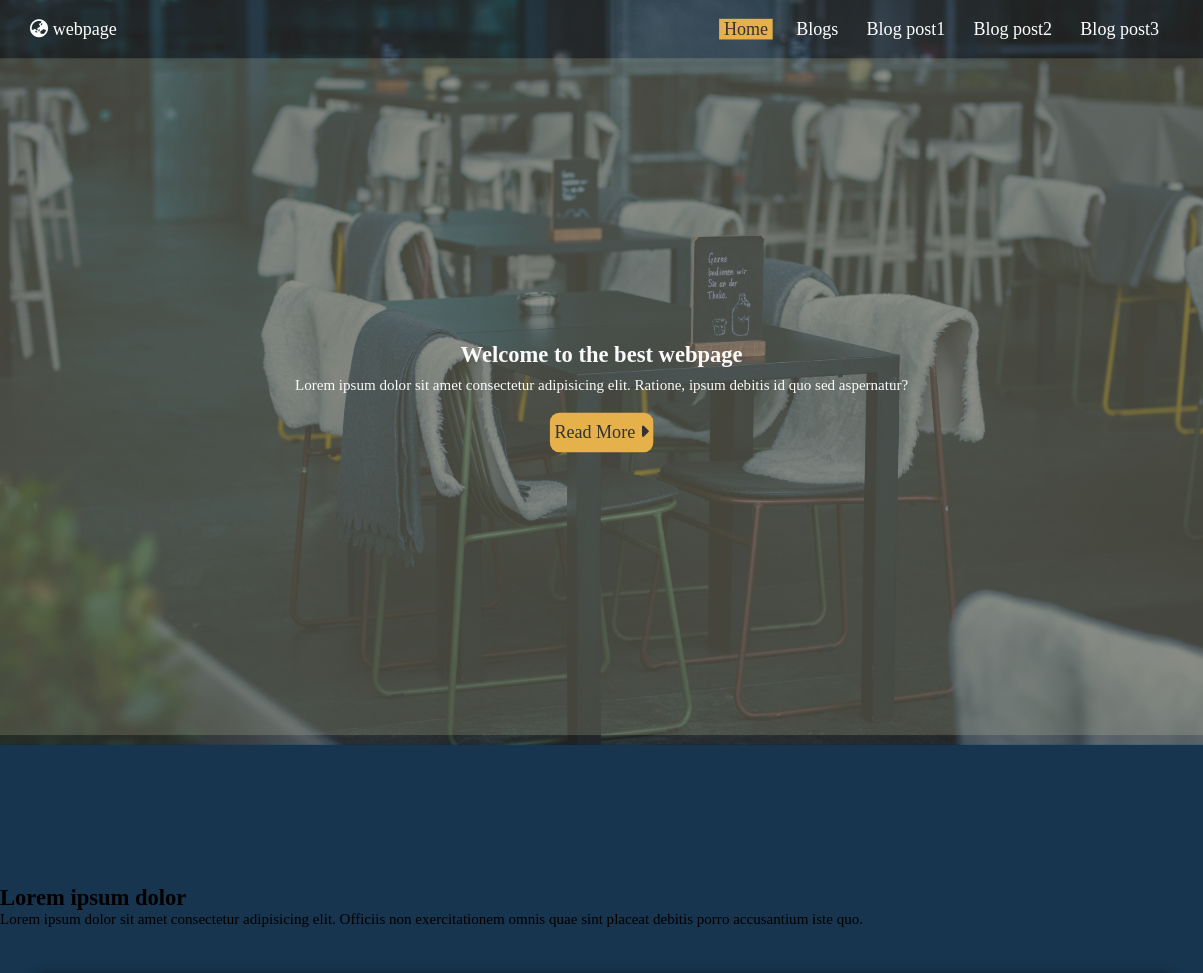
Repository: reemoon-ctrl/Landing-Page-Project
Page: index.html
These files come from the project's save history. The page is drawn as it stood at one moment and after a run of saves; the edit follows.
The browser window is 1280 px wide. The pictures show the part of the page from y = 0 to 1035 px (the page is 5586 px tall before and 5682 px after), at 94% of full size.
Pictures or frames that could not be fetched are drawn as grey boxes. Some web libraries are served in a nearby version.

Above is the page before, as saved 2025-04-09 14:04:47.

### index.html
<!DOCTYPE html>
<html lang="en">
<head>
    <meta charset="UTF-8">
    <meta name="viewport" content="width=device-width, initial-scale=1.0">
    <link rel="stylesheet" href="https://cdnjs.cloudflare.com/ajax/libs/font-awesome/6.6.0/css/all.min.css" integrity="sha512-Kc323vGBEqzTmouAECnVceyQqyqdsSiqLQISBL29aUW4U/M7pSPA/gEUZQqv1cwx4OnYxTxve5UMg5GT6L4JJg==" crossorigin="anonymous" referrerpolicy="no-referrer" />
    <link rel="stylesheet" href="./styles/style.css">


    <title>Webpage</title>
</head>
<body>
    <header >
        <div class="main-header">
            <div class="title"><i class="fa-solid fa-earth-asia"></i> webpage</div>
            <div>
                <ul class="nav-link">
                    <li><a href="#section1">Home</a></li>
                    <li><a href="#section2">Blogs</a></li>
                    <li><a href="#section3">Blog post1</a></li>
                    <li><a href="#section4">Blog post2</a></li>
                </ul>
            </div>
        </div>

    </header>
    <article id="section1" class="main-sub" title="Home">
        <h1>Welcome to the best webpage</h1>
        <p>Lorem ipsum dolor sit amet consectetur adipisicing elit. Ratione,
             ipsum debitis id quo sed aspernatur?</p>
        <a href="#section2" class="focusbtn">Read More <i class="fa-solid fa-caret-right"></i></a>
    </article>

<!-- blog cards website -->

<article id="section2" class="main-content" title="Blogs">
    <h1 class="sectionheader">Lorem ipsum dolor</h1>
    <p class="sectionp">Lorem ipsum dolor sit amet consectetur adipisicing elit. Officiis non exercitationem omnis quae sint placeat debitis porro accusantium iste quo.</p>
    <div class="blog-card-container">
        <div class="blog1 blog-card">
            <img src="./assets/campaign-creators-qCi_MzVODoU-unsplash.jpg" alt="img">
            <div class="text-content">
                <h3 class="feature-light">Entertainment</h3>
                <h2>Lorem ipsum dolor</h2>
                <div class="author">
                    <img src="./assets/1000_F_302884605_actpipOdPOQHDTnFtp4zg4RtlWzhOASp.jpg" alt="img" class="author-img">
                    <p class="author-name">Steve Lorem</p>
                </div>
                <p>Lorem ipsum dolor sit amet consectetur
                    adipisicing elit. Consequuntur beatae
                    laudantium natus vero sit
                    incidunt ipsam recusandae nesciunt ab cum!
                </p>
                <a href="#section3" class="read-blog-btn">read more <i class="fa-solid fa-chevron-right fa-xs"></i></a>
            </div>

        </div>
        <div class="blog2 blog-card">
            <img src="./assets/max-bender-VmX3vmBecFE-unsplash.jpg" alt="img">
            <div class="text-content">
                <h3 class="feature-dark">Entertainment</h3>
                <h2>Lorem ipsum dolor</h2>
                <div class="author">
                    <img src="./assets/daniel-sessler-MGH6UNJ1Xvs-unsplash.jpg" alt="img" class="author-img">
                    <p class="author-name">Steve Lorem</p>
                </div>
                <p>Lorem ipsum dolor sit amet consectetur
                    adipisicing elit. Consequuntur beatae
                    laudantium natus vero sit
                    incidunt ipsam recusandae nesciunt ab cum!</p>
                <a href="#section3" class="read-blog-btn">read more <i class="fa-solid fa-chevron-right fa-xs"></i></a>
                </div>

        </div>
        <div class="blog3 blog-card">
            <img src="./assets/nikolai-lehmann-05cDX4y2oJ8-unsplash.jpg" alt="img">
            <div class="text-content">
                <h3 class="feature-light">Entertainment</h3>
                <h2>Lorem ipsum dolor</h2>
                <div class="author">
                    <img src="./assets/campaign-creators-qCi_MzVODoU-unsplash.jpg" alt="img" class="author-img">
                    <p class="author-name">Steve Lorem</p>
                </div>
                <p>Lorem ipsum dolor sit amet consectetur
                    adipisicing elit. Consequuntur beatae
                    laudantium natus vero sit
                    incidunt ipsam recusandae nesciunt ab cum!</p>
                <a href="#section3" class="read-blog-btn">read more <i class="fa-solid fa-chevron-right fa-xs"></i></a>
            </div>

        </div>
        <div class="blog4 blog-card">
            <img src="./assets/campaign-creators-qCi_MzVODoU-unsplash.jpg" alt="img">
            <div class="text-content">
                <h3 class="feature-dark">Entertainment</h3>
                <h2>Lorem ipsum dolor</h2>
                <div class="author">
                    <img src="./assets/max-bender-VmX3vmBecFE-unsplash.jpg" alt="img" class="author-img">
                    <p class="author-name">Steve Lorem</p>
                </div>
                <p>Lorem ipsum dolor sit amet consectetur
                    adipisicing elit. Consequuntur beatae
                    laudantium natus vero sit
                    incidunt ipsam recusandae nesciunt ab cum!</p>
                <a href="#section3" class="read-blog-btn">read more <i class="fa-solid fa-chevron-right fa-xs"></i></a>
            </div>

        </div>

    </div>
</article>

<!-- blog post website -->

<article id="section3"title="Blog post1">
    <h1 class="sectionheader">Lorem ipsum dolor</h1>
    <p class="sectionp">Lorem ipsum dolor sit amet consectetur adipisicing elit. Officiis non exercitationem omnis quae sint placeat debitis porro accusantium iste quo.</p>
    <div class="container">
        <div class="main-post">
            <div class="post-header">
                <h1>Lorem ipsum dolor</h1>
                <div class="author">
                    <div class="author">
                        <img src="./assets/campaign-creators-qCi_MzVODoU-unsplash.jpg" alt="img" class="author-img">
                        <p class="author-name">Steve Lorem  </p>
                    </div>

                    <p>frontend dev</p>
                    <p>Alaska Co.</p>
                    <div>
                        <ul class="social-link nav-link">
                            <li><a href="/index.html"><i class="fa-brands fa-square-twitter"></i></a></li>
                            <li><a href="/pages/blog-website.html"><i class="fa-brands fa-square-facebook"></i></a></li>
                            <li><a href="#"><i class="fa-brands fa-linkedin"></i></a></li>
                        </ul>
                    </div>
                    <p>Lorem ipsum dolor, sit amet consectetur adipisicing elit. Nostrum nemo ut illum, ea libero quis.</p>
                </div>
            </div>
            <div class="post-content">
                <p>Lorem ipsum <b>dolor</b> sit amet consectetur, adipisicing elit. Provident in amet, vitae modi assumenda temporibus illo sunt expedita aperiam esse non ipsum, quibusdam officiis, optio culpa inventore sit numquam quae.</p>
                <h2>Lorem ipsum dolor sit:</h2>
                <p>Lorem ipsum dolor sit amet <em>dolor</em> adipisicing elit. Illum sint eum iure mollitia repudiandae <span class="span2">quibusdam!</span> Lorem ipsum dolor sit amet consectetur, adipisicing elit. Rem, qui at! A sit aliquam natus maiores qui ullam nobis fugit! Lorem ipsum, dolor sit amet consectetur adipisicing elit. Ex porro illum fuga consectetur sunt, reprehenderit, aliquam, temporibus nemo veritatis eius nesciunt sint aperiam cupiditate quam aliquid necessitatibus <span class="span2">blanditiis</span> deserunt. Quaerat.</p>
                <figure>
                    <img src="./assets/campaign-creators-qCi_MzVODoU-unsplash.jpg" alt="">
                    <figcaption>A stunning sunset captured in the Rocky Mountains.</figcaption>
                </figure>
                <h3>Lorem ipsum dolor sit</h3>
                <blockquote>
                    "The only limit to our realization of tomorrow is our doubts of today."
                    <footer>- Franklin D. Roosevelt</footer>
                </blockquote>
                <p>
                    Learn more about this quote
                    <a href="https://example.com" target="_blank" rel="noopener noreferrer">(opens in a new tab)</a>.
                </p>
                <p>Lorem, ipsum dolor sit amet consectetur <um>adipisicing</um> elit. Aperiam repellendus eligendi accusamus, dolorum sed architecto! Iusto nam sequi doloremque neque qui, maiores ipsam aliquid excepturi. Lorem ipsum, dolor sit amet consectetur adipisicing elit. Rerum at, quae nihil iusto distinctio nulla animi inventore ex, nisi numquam ea dolores sed quam qui adipisci! Doloremque! <a href="#"> veniam doloribus harum</a></p>
            </div>

        </div>

        <div class="relatred-post">
            <div>
                <img src="./assets/nikolai-lehmann-05cDX4y2oJ8-unsplash.jpg" alt="img">
                <a href="./html/blog-bost.html">related post1</a>
            </div>
            <div>
                <img src="./assets/campaign-creators-qCi_MzVODoU-unsplash.jpg" alt="img">
                <a href="./html/blog-bost.html">related post2</a>
            </div>

        </div>
    </div>
</article>
<article id="section4" title="Blog post2">
    <h1 class="sectionheader">Lorem ipsum dolor</h1>
    <p class="sectionp">Lorem ipsum dolor sit amet consectetur adipisicing elit. Officiis non exercitationem omnis quae sint placeat debitis porro accusantium iste quo.</p>
    <div class="container">
        <div class="main-post">
            <div class="post-header">
                <h1>Lorem ipsum dolor</h1>
                <div class="author">
                    <div class="author">
                        <img src="./assets/campaign-creators-qCi_MzVODoU-unsplash.jpg" alt="img" class="author-img">
                        <p class="author-name">Steve Lorem  </p>
                    </div>

                    <p>frontend dev</p>
                    <p>Alaska Co.</p>
                    <div>
                        <ul class="social-link nav-link">
                            <li><a href="/index.html"><i class="fa-brands fa-square-twitter"></i></a></li>
                            <li><a href="/pages/blog-website.html"><i class="fa-brands fa-square-facebook"></i></a></li>
                            <li><a href="#"><i class="fa-brands fa-linkedin"></i></a></li>
                        </ul>
                    </div>
                    <p>Lorem ipsum dolor, sit amet consectetur adipisicing elit. Nostrum nemo ut illum, ea libero quis.</p>
                </div>
            </div>
            <div class="post-content">
                <p>Lorem ipsum <b>dolor</b> sit amet consectetur, adipisicing elit. Provident in amet, vitae modi assumenda temporibus illo sunt expedita aperiam esse non ipsum, quibusdam officiis, optio culpa inventore sit numquam quae.</p>
                <h2>Lorem ipsum dolor sit:</h2>
                <p>Lorem ipsum dolor sit amet <em>dolor</em> adipisicing elit. Illum sint eum iure mollitia repudiandae <span class="span2">quibusdam!</span> Lorem ipsum dolor sit amet consectetur, adipisicing elit. Rem, qui at! A sit aliquam natus maiores qui ullam nobis fugit! Lorem ipsum, dolor sit amet consectetur adipisicing elit. Ex porro illum fuga consectetur sunt, reprehenderit, aliquam, temporibus nemo veritatis eius nesciunt sint aperiam cupiditate quam aliquid necessitatibus <span class="span2">blanditiis</span> deserunt. Quaerat.</p>
                <figure>
                    <img src="./assets/campaign-creators-qCi_MzVODoU-unsplash.jpg" alt="">
                    <figcaption>A stunning sunset captured in the Rocky Mountains.</figcaption>
                </figure>
                <h3>Lorem ipsum dolor sit</h3>
                <blockquote>
                    "The only limit to our realization of tomorrow is our doubts of today."
                    <footer>- Franklin D. Roosevelt</footer>
                </blockquote>
                <p>
                    Learn more about this quote
                    <a href="https://example.com" target="_blank" rel="noopener noreferrer">(opens in a new tab)</a>.
                </p>
                <p>Lorem, ipsum dolor sit amet consectetur <um>adipisicing</um> elit. Aperiam repellendus eligendi accusamus, dolorum sed architecto! Iusto nam sequi doloremque neque qui, maiores ipsam aliquid excepturi. Lorem ipsum, dolor sit amet consectetur adipisicing elit. Rerum at, quae nihil iusto distinctio nulla animi inventore ex, nisi numquam ea dolores sed quam qui adipisci! Doloremque! <a href="#"> veniam doloribus harum</a></p>
            </div>

        </div>

        <div class="relatred-post">
            <div>
                <img src="./assets/nikolai-lehmann-05cDX4y2oJ8-unsplash.jpg" alt="img">
                <a href="../html/blog-bost.html">related post1</a>
            </div>
            <div>
                <img src="./assets/campaign-creators-qCi_MzVODoU-unsplash.jpg" alt="img">
                <a href="../html/blog-bost.html">related post2</a>
            </div>

        </div>
    </div>
</article>
<article id="section5" title="Blog post3">
    <h1 class="sectionheader">Lorem ipsum dolor</h1>
    <p class="sectionp">Lorem ipsum dolor sit amet consectetur adipisicing elit. Officiis non exercitationem omnis quae sint placeat debitis porro accusantium iste quo.</p>
    <div class="container">
        <div class="main-post">
            <div class="post-header">
                <h1>Lorem ipsum dolor</h1>
                <div class="author">
                    <div class="author">
                        <img src="./assets/campaign-creators-qCi_MzVODoU-unsplash.jpg" alt="img" class="author-img">
                        <p class="author-name">Steve Lorem  </p>
                    </div>

                    <p>frontend dev</p>
                    <p>Alaska Co.</p>
                    <div>
                        <ul class="social-link nav-link">
                            <li><a href="/index.html"><i class="fa-brands fa-square-twitter"></i></a></li>
                            <li><a href="/pages/blog-website.html"><i class="fa-brands fa-square-facebook"></i></a></li>
                            <li><a href="#"><i class="fa-brands fa-linkedin"></i></a></li>
                        </ul>
                    </div>
                    <p>Lorem ipsum dolor, sit amet consectetur adipisicing elit. Nostrum nemo ut illum, ea libero quis.</p>
                </div>
            </div>
            <div class="post-content">
                <p>Lorem ipsum <b>dolor</b> sit amet consectetur, adipisicing elit. Provident in amet, vitae modi assumenda temporibus illo sunt expedita aperiam esse non ipsum, quibusdam officiis, optio culpa inventore sit numquam quae.</p>
                <h2>Lorem ipsum dolor sit:</h2>
                <p>Lorem ipsum dolor sit amet <em>dolor</em> adipisicing elit. Illum sint eum iure mollitia repudiandae <span class="span2">quibusdam!</span> Lorem ipsum dolor sit amet consectetur, adipisicing elit. Rem, qui at! A sit aliquam natus maiores qui ullam nobis fugit! Lorem ipsum, dolor sit amet consectetur adipisicing elit. Ex porro illum fuga consectetur sunt, reprehenderit, aliquam, temporibus nemo veritatis eius nesciunt sint aperiam cupiditate quam aliquid necessitatibus <span class="span2">blanditiis</span> deserunt. Quaerat.</p>
                <figure>
                    <img src="./assets/campaign-creators-qCi_MzVODoU-unsplash.jpg" alt="">
                    <figcaption>A stunning sunset captured in the Rocky Mountains.</figcaption>
                </figure>
                <h3>Lorem ipsum dolor sit</h3>
                <blockquote>
                    "The only limit to our realization of tomorrow is our doubts of today."
                    <footer>- Franklin D. Roosevelt</footer>
                </blockquote>
                <p>
                    Learn more about this quote
                    <a href="https://example.com" target="_blank" rel="noopener noreferrer">(opens in a new tab)</a>.
                </p>
                <p>Lorem, ipsum dolor sit amet consectetur <um>adipisicing</um> elit. Aperiam repellendus eligendi accusamus, dolorum sed architecto! Iusto nam sequi doloremque neque qui, maiores ipsam aliquid excepturi. Lorem ipsum, dolor sit amet consectetur adipisicing elit. Rerum at, quae nihil iusto distinctio nulla animi inventore ex, nisi numquam ea dolores sed quam qui adipisci! Doloremque! <a href="#"> veniam doloribus harum</a></p>
            </div>

        </div>

        <div class="relatred-post">
            <div>
                <img src="./assets/nikolai-lehmann-05cDX4y2oJ8-unsplash.jpg" alt="img">
                <a href="../html/blog-bost.html">related post1</a>
            </div>
            <div>
                <img src="./assets/campaign-creators-qCi_MzVODoU-unsplash.jpg" alt="img">
                <a href="#">related post2</a>
            </div>

        </div>
    </div>
</article>
    <footer class="copywrite">copy write saved to webpage &copy; 2024</footer>
<script src="./js/app.js"></script>
</body>
</html>

Loaded but not shown: js/app.js (98 lines, source omitted); styles/style.css (572 lines, source omitted)

After the next 5 saves:
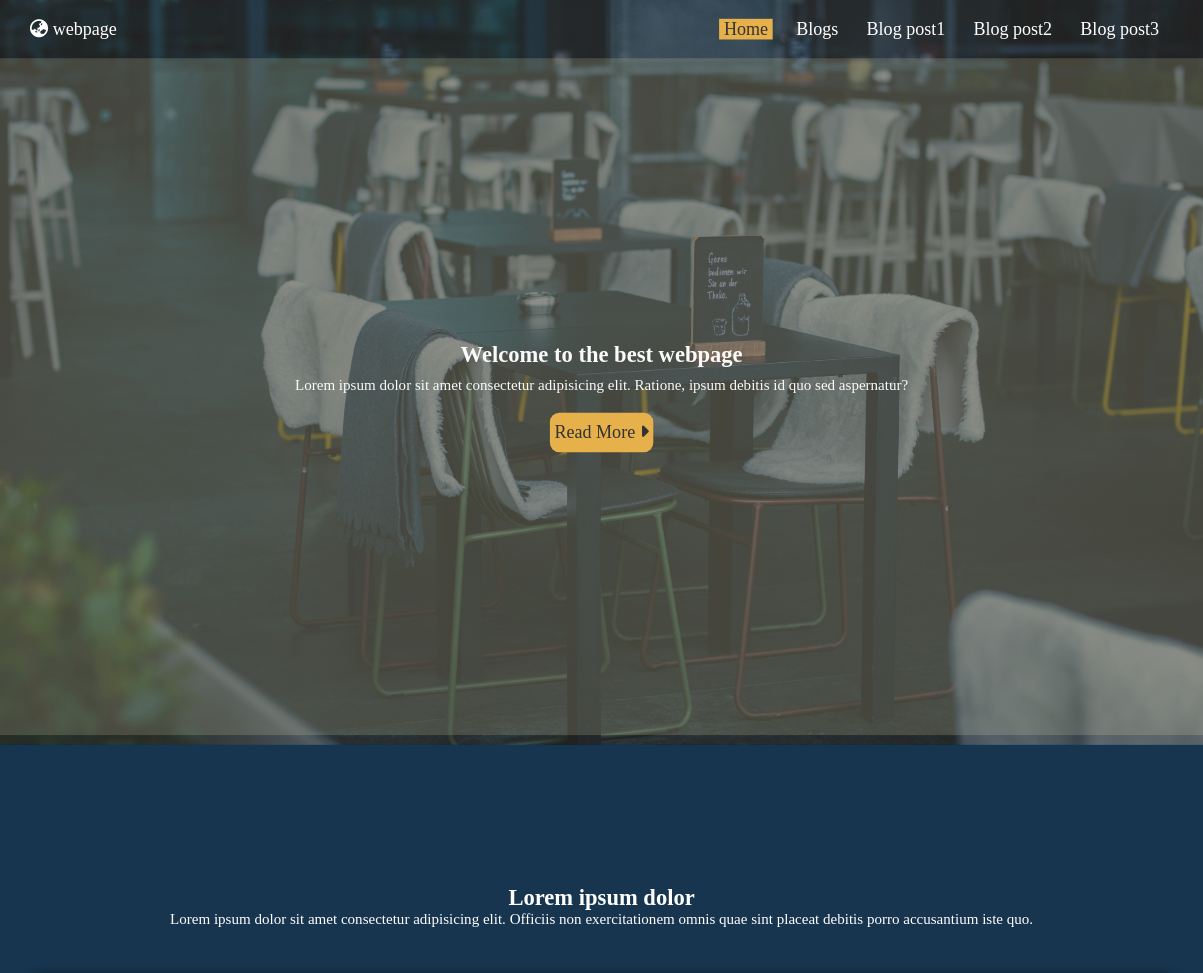
The 5 saves are shown as one change because they came seconds apart.
The last was saved 60 s later.
--- a/index.html
+++ b/index.html
@@ -34,8 +34,8 @@
 <!-- blog cards website -->
 
 <article id="section2" class="main-content" title="Blogs">
-    <h1 class="sectionheader">Lorem ipsum dolor</h1>
-    <p class="sectionp">Lorem ipsum dolor sit amet consectetur adipisicing elit. Officiis non exercitationem omnis quae sint placeat debitis porro accusantium iste quo.</p>
+    <h1 class="section2h1">Lorem ipsum dolor</h1>
+    <p class="section2p">Lorem ipsum dolor sit amet consectetur adipisicing elit. Officiis non exercitationem omnis quae sint placeat debitis porro accusantium iste quo.</p>
     <div class="blog-card-container">
         <div class="blog1 blog-card">
             <img src="./assets/campaign-creators-qCi_MzVODoU-unsplash.jpg" alt="img">
@@ -110,11 +110,11 @@
     </div>
 </article>
 
-<!-- blog post website -->
+<!-- blog website -->
 
 <article id="section3"title="Blog post1">
-    <h1 class="sectionheader">Lorem ipsum dolor</h1>
-    <p class="sectionp">Lorem ipsum dolor sit amet consectetur adipisicing elit. Officiis non exercitationem omnis quae sint placeat debitis porro accusantium iste quo.</p>
+    <h1 class="section2h1">Lorem ipsum dolor</h1>
+    <p class="section2p">Lorem ipsum dolor sit amet consectetur adipisicing elit. Officiis non exercitationem omnis quae sint placeat debitis porro accusantium iste quo.</p>
     <div class="container">
         <div class="main-post">
             <div class="post-header">
@@ -173,8 +173,8 @@
     </div>
 </article>
 <article id="section4" title="Blog post2">
-    <h1 class="sectionheader">Lorem ipsum dolor</h1>
-    <p class="sectionp">Lorem ipsum dolor sit amet consectetur adipisicing elit. Officiis non exercitationem omnis quae sint placeat debitis porro accusantium iste quo.</p>
+    <h1 class="section2h1">Lorem ipsum dolor</h1>
+    <p class="section2p">Lorem ipsum dolor sit amet consectetur adipisicing elit. Officiis non exercitationem omnis quae sint placeat debitis porro accusantium iste quo.</p>
     <div class="container">
         <div class="main-post">
             <div class="post-header">
@@ -233,8 +233,8 @@
     </div>
 </article>
 <article id="section5" title="Blog post3">
-    <h1 class="sectionheader">Lorem ipsum dolor</h1>
-    <p class="sectionp">Lorem ipsum dolor sit amet consectetur adipisicing elit. Officiis non exercitationem omnis quae sint placeat debitis porro accusantium iste quo.</p>
+    <h1 class="section2h1">Lorem ipsum dolor</h1>
+    <p class="section2p">Lorem ipsum dolor sit amet consectetur adipisicing elit. Officiis non exercitationem omnis quae sint placeat debitis porro accusantium iste quo.</p>
     <div class="container">
         <div class="main-post">
             <div class="post-header">
